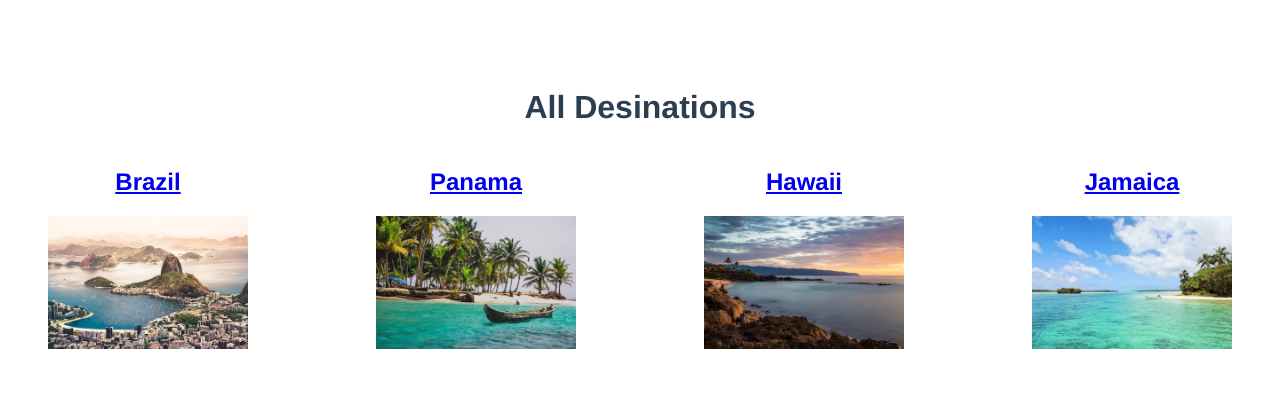
Repository: June-Hall/MiniTravelApp
Page: /
The author's editor kept a copy of each file at every save. The page is drawn from the files as they stood at one save, then again after the next save.
The browser window is 1280 px wide. The pictures show the whole page.
The project was rebuilt for these pictures with package versions that can differ from the ones it lists, and the page was loaded fresh each time. Also part of the build but not shown: vue.config.js.

Above is the page before, as saved 2023-03-30 14:26:03.

After the next save:
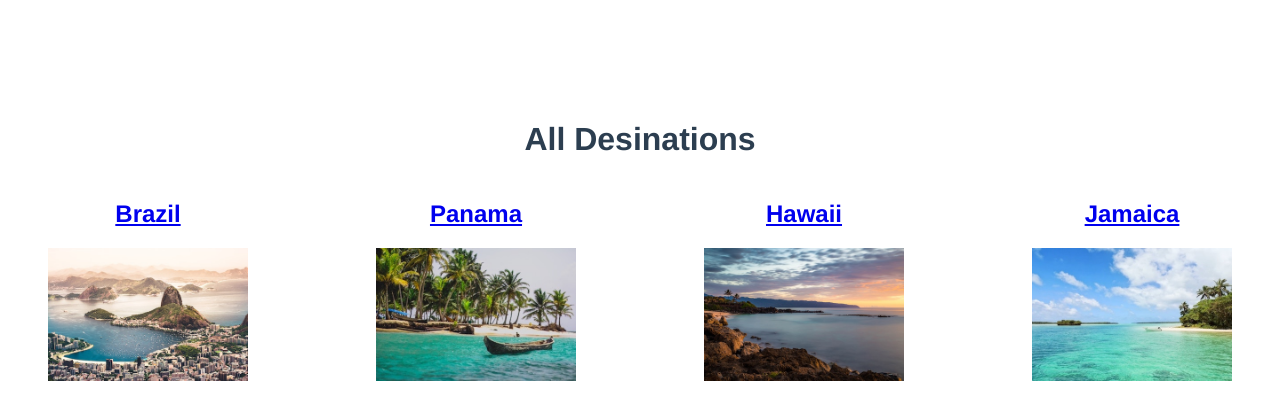
Saved 14 s later.
--- a/src/components/TheNavigation.vue
+++ b/src/components/TheNavigation.vue
@@ -1,6 +1,8 @@
 <template>
   <nav id="nav">
+    <ul>
 
+    </ul>
   </nav>
 </template>
 
